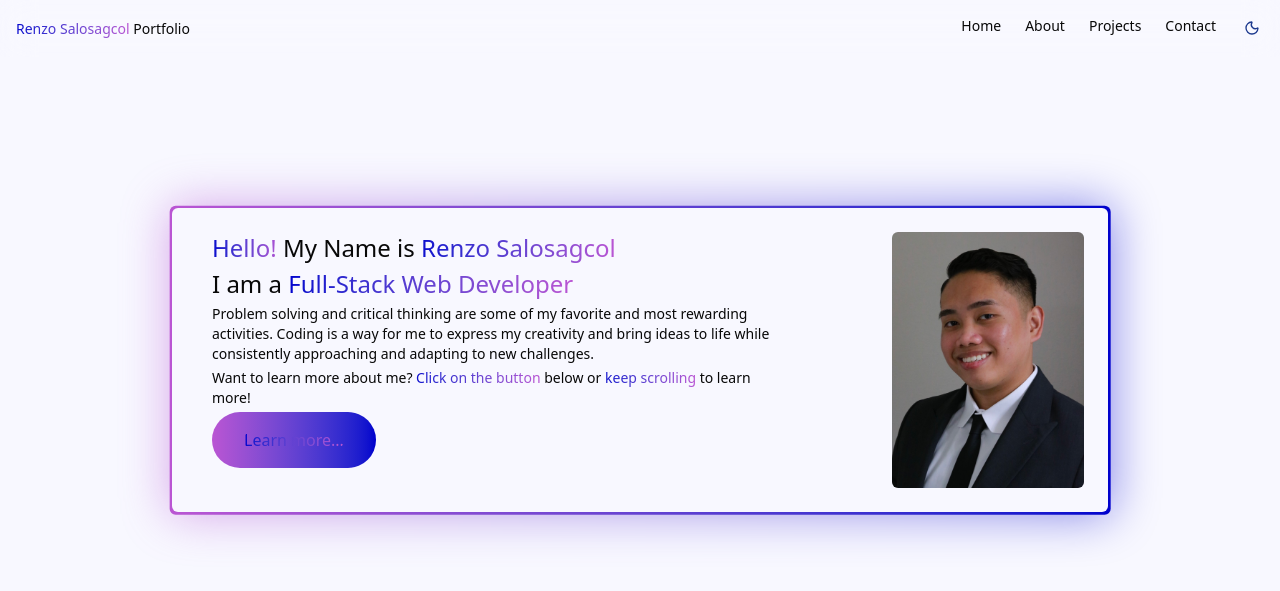
Repository: Renzo-Salosagcol/Updated_Personal_Portfolio
Page: /
The author's editor kept a copy of each file at every save. The page is drawn from the files as they stood at one save, then again after the next save.
The browser window is 1280 px wide. The pictures show the whole page.
The project was rebuilt for these pictures with package versions that can differ from the ones it lists, and the page was loaded fresh each time. Also part of the build but not shown: vite.config.js, src/pages/NotFound.jsx.

Above is the page before, as saved 2025-10-09 20:48:41.

### index.html
<!doctype html>
<html lang="en">
  <head>
    <meta charset="UTF-8" />
    <link rel="icon" type="image/svg+xml" href="/vite.svg" />
    <meta name="viewport" content="width=device-width, initial-scale=1.0" />
    <title>updated-personal-portfolio</title>
  </head>
  <body>
    <div id="root"></div>
    <script type="module" src="/src/main.jsx"></script>
  </body>
</html>

### src/index.css
@import "tailwindcss";

@theme {
  --color-background: var(--background);
  --color-foreground: var(--foreground);

  --color-primary: var(--primary);
  --color-secondary: var(--secondary);

  --animate-fade-in: fade-in 1s ease-in forwards;
}

@layer base {
  /* Light Theme */
  :root {
    --background: #f8f8ff; /* Ghost White */
    --foreground: #080808; /* Vampire Black */

    --primary: #0000cd; /* Medium Blue */
    --secondary: #ba55d3; /* Medium Orchid */
  }

  /* Dark Theme */
  .dark {
    --background: #080808; /* Vampire Black */
    --foreground: #f8f8ff; /* Ghost White */

    --primary: #ff0800; /* Candy Apple Red */
    --secondary: #fefc22; /* Laser Lemon */
  }

  html {
    @apply scroll-smooth;
  }

  body {
    @apply bg-background text-foreground transition-colors duration-300;
  }
}

@property --gradient-angle {
  syntax: "<angle>";
  initial-value: 0deg;
  inherits: false;
}

@keyframes spin {
  from {
    --gradient-angle: 0deg;
  }
  to {
    --gradient-angle: 360deg;
  }
}

@keyframes fade-in {
  0% {
    opacity: 0;
    transform: translateY(20px);
  }
  100% {
    opacity: 1;
    transform: translateY(0);
  }
}

@utility container {
  margin-inline: auto;
  padding-inline: 1rem;
}

@utility after-gradient-border {
  @apply absolute h-[101.5%] w-[100.5%] top-1/2 left-1/2 -translate-x-1/2 -translate-y-1/2 rounded-md -z-10 bg-gradient-to-l from-primary to-secondary;
  content: '';
  /* animation: 3s spin linear infinite; */
}

@utility before-gradient-border {
  @apply after-gradient-border;
  filter: blur(1.5rem);
  opacity: 0.5;
}

@utility gradient-text {
  @apply text-transparent bg-clip-text bg-gradient-to-r from-primary to-secondary transition-colors duration-300;
}

@utility gradient-button {
  @apply flex justify-center items-center rounded-full py-[1em] px-[2em] bg-gradient-to-l from-primary to-secondary hover:cursor-pointer;
}

@utility gradient-button-inner {
  @apply flex h-full w-full items-center justify-center rounded-full bg-background gradient-text z-10
}

@utility gradient-border {
  @apply after:after-gradient-border before:before-gradient-border
}

@utility glassmorphism {
  @apply bg-background/30 backdrop-blur-lg
}

### src/App.jsx
import { BrowserRouter, Routes, Route } from "react-router-dom"
import { Home } from "./pages/Home"
import { NotFound } from "./pages/NotFound"

function App() {
  return (
    <BrowserRouter>
      <Routes>
        <Route path="/" element={<Home />} />
        <Route path="*" element={<NotFound />} />
      </Routes>
    </BrowserRouter>
  )
}

export default App

### src/pages/Home.jsx
import { Background } from "../components/Background"
import { Navbar } from "../components/Navbar"
import { Hero } from "../components/Hero"

export const Home = () => {
  return (
    <div id="home" className="w-full h-screen">
      {/* Background */}
      <Background />


      {/* Navbar */}
      <Navbar />

      {/* Main */}
      <Hero />

      {/* Footer */}
    </div>
  )
}

### src/components/Background.jsx


export const Background = () => {
  return (
    <div className="fixed inset-0 overflow-hidden pointer-events-none -z-40 bg-background w-screen h-screen">
    </div>
  )
}

### src/components/Navbar.jsx
import { ThemeToggle } from './ThemeToggle'

const items = [
  { name: 'Home', href: '#home' },
  { name: 'About', href: '#about' },
  { name: 'Projects', href: '#projects' },
  { name: 'Contact', href: '#contact' },
]

export const Navbar = () => {
  return (
    <nav className="fixed top-0 left-0 w-full p-2 flex items-center justify-between glassmorphism z-40 text-sm md:text-md text-foreground">
      <a href="#home" className="p-2"><span className="gradient-text">Renzo Salosagcol</span> Portfolio</a>
      <ul className="flex gap-6 p-2">
        {items.map(item => (
          <li key={item.name}
            className="hover:gradient-text transition-all duration-300 relative">
            <a href={item.href}>{item.name}</a>
          </li>
        ))}
        <li><ThemeToggle /></li>
      </ul>
    </nav>
  )
}

### src/components/Hero.jsx


export const Hero = () => {
  return (
    <main className="relative min-h-screen flex items-center justify-center max-w-10/12 rounded-md container z-0">
      <div className="z-0 relative gradient-border opacity-0 animate-fade-in">
        <div className="w-full h-full relative container flex justify-between gap-6 rounded-md p-6 bg-background">
          <div className="container flex flex-col gap-1">
            <h1 className="text-lg md:text-xl lg:text-2xl">
              <span className="gradient-text">Hello! </span>
              My Name is
              <span className="gradient-text"> Renzo Salosagcol</span>
            </h1>
            <h1 className="text-lg md:text-xl lg:text-2xl">I am a <span className="gradient-text">Full-Stack Web Developer</span></h1>
            <h3 className="w-md md:w-lg lg:w-xl text-sm">Problem solving and critical thinking are some of my favorite and most rewarding activities. Coding is a way for me to express my creativity and bring ideas to life while consistently approaching and adapting to new challenges.</h3>
            <h3 className="w-md md:w-lg lg:w-xl text-sm">Want to learn more about me?
              <span className="gradient-text"> Click on the button</span> below or
              <span className="gradient-text"> keep scrolling</span> to learn more!
            </h3>
            <a
              href="#about"
            >
            <button className="gradient-button">
              <div className="gradient-button-inner">Learn more...</div>
            </button>
            </a>
          </div>
          <div>
            <img
            src="../../headshot.jpeg"
            alt="Headshot Photo"
            className="rounded-md w-64 h-64 object-cover"
            />
          </div>
      </div>
      </div>
    </main>
  )
}

### src/components/ThemeToggle.jsx
import { useState, useEffect } from "react"
import { Sun, Moon } from "lucide-react"

export const ThemeToggle = () => {
  const [isDark, setIsDark] = useState(false)

  useEffect(() => {
    const theme = localStorage.getItem("theme")
    if (theme) {
      setIsDark(theme === "dark")
      document.documentElement.classList.toggle("dark", theme === "dark")
    }
  }, [])

  const toggleTheme = () => {
    setIsDark(!isDark)
    document.documentElement.classList.toggle("dark", !isDark)
    localStorage.setItem("theme", !isDark ? "dark" : "light")
  }

  return (
    <button
      onClick={toggleTheme}
      className="max-sm:hidden p-1 z-50 rounded-full transition-color duration-300 focus:outline-hidden hover:cursor-pointer"
    >
      {isDark ? (
        <Sun className="h-4 w-4 text-yellow-300" />
      ) : (
        <Moon className="h-4 w-4 text-blue-900" />
      )}
    </button>

  )
}

Loaded but not shown: src/main.jsx (common file)

After the next save:
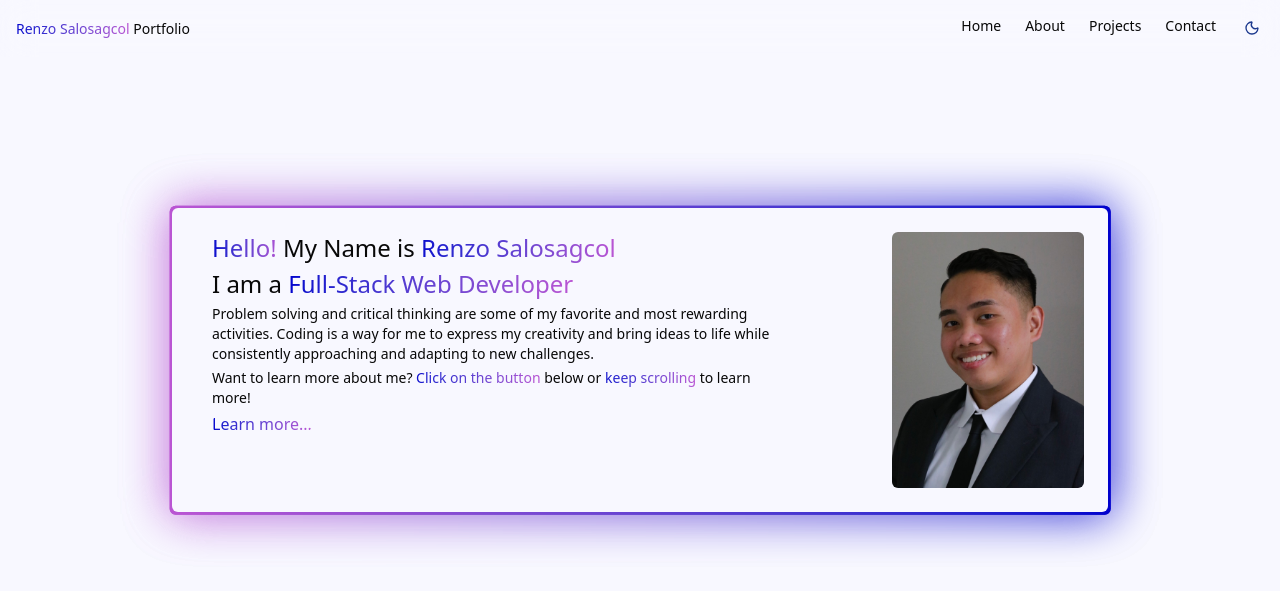
Saved 113 s later.
--- a/src/components/Hero.jsx
+++ b/src/components/Hero.jsx
@@ -20,7 +20,7 @@ export const Hero = () => {
             <a
               href="#about"
             >
-            <button className="gradient-button">
+            <button className="gradient-border">
               <div className="gradient-button-inner">Learn more...</div>
             </button>
             </a>
